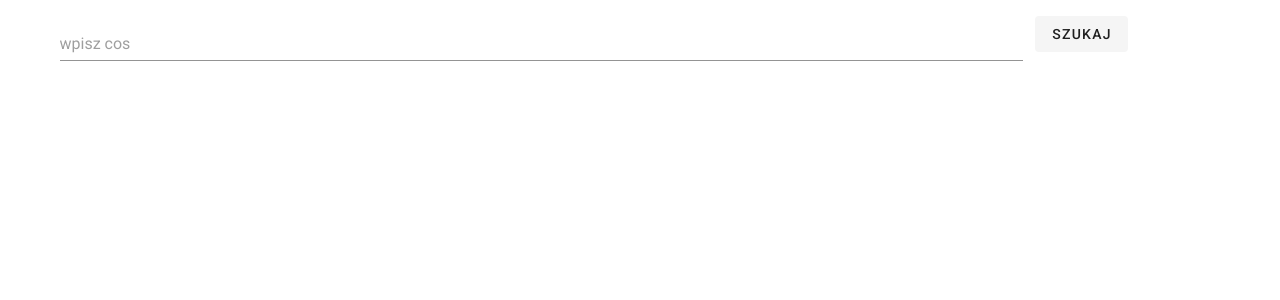
Repository: kq333/wyszukiwarka-filmow-seriali
Page: / (app in searchapp/)
The author's editor kept a copy of each file at every save. The page is drawn from the files as they stood at one save, then again after the next save.
The browser window is 1280 px wide. The pictures show the whole page.
The project was rebuilt for these pictures with package versions that can differ from the ones it lists, and the page was loaded fresh each time. Also part of the build but not shown: searchapp/vue.config.js, searchapp/src/views/Home.vue.

Above is the page before, as saved 2021-02-17 23:34:02.

After the next save:
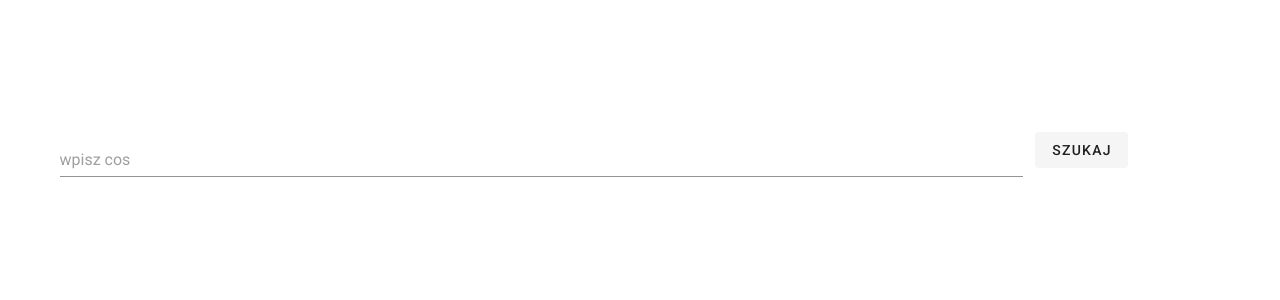
Saved 5 s later.
--- a/searchapp/src/components/HelloWorld.vue
+++ b/searchapp/src/components/HelloWorld.vue
@@ -130,6 +130,6 @@ this.input=''
 
 <style scoped>
 #demo{
-  margin-top:auto;
+  margin-top:10%;
 }
 </style>
